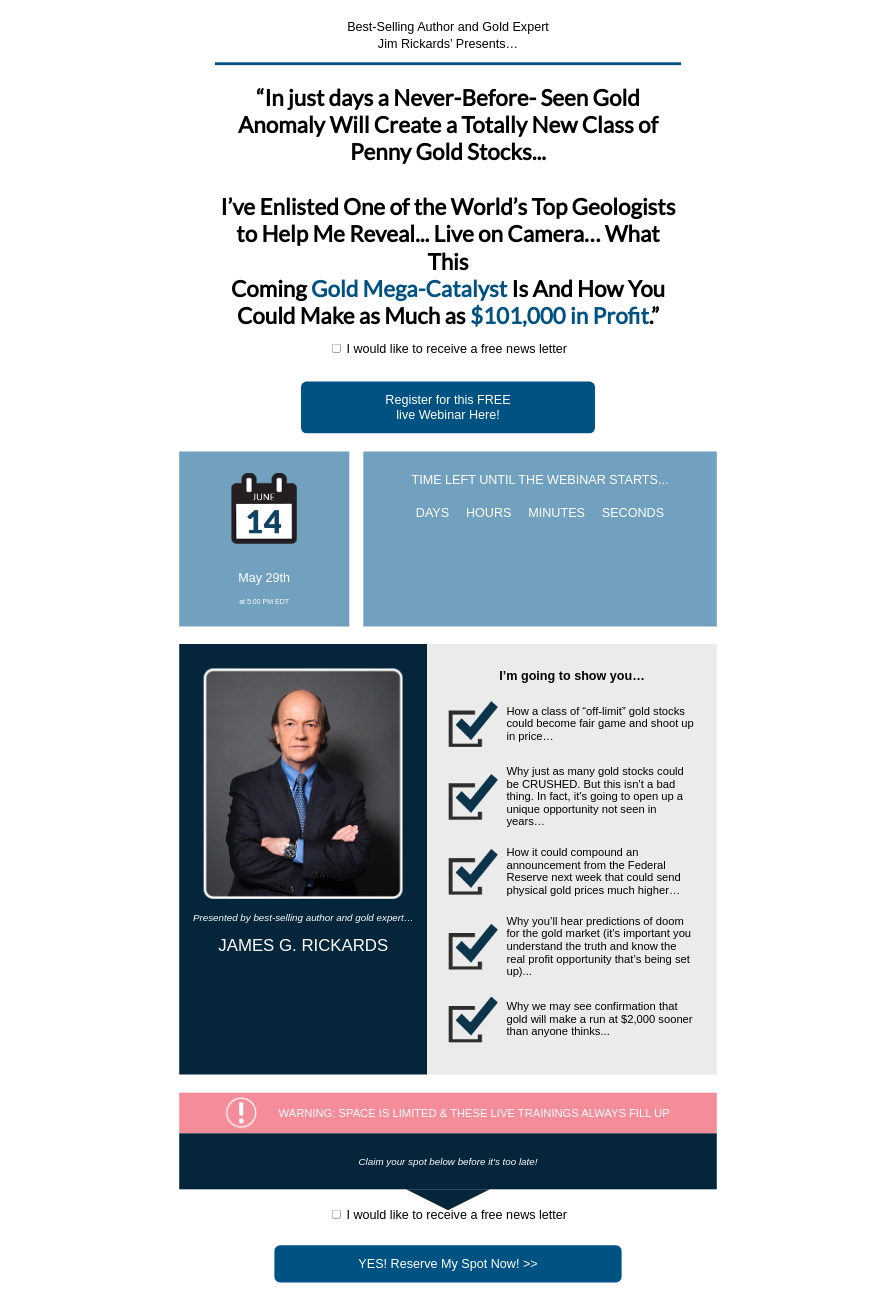
Repository: KrystellBarraza/Test
Page: index.html
The author's editor kept a copy of each file at every save. The page is drawn from the files as they stood at one save, then again after the next save.
The browser window is 1280 px wide. The pictures show the whole page, at 70% of full size.

Above is the page before, as saved 2019-10-07 13:38:56.

### index.html
<!DOCTYPE <!DOCTYPE html>
<!--[if lt IE 7]>      <html class="no-js lt-ie9 lt-ie8 lt-ie7"> <![endif]-->
<!--[if IE 7]>         <html class="no-js lt-ie9 lt-ie8"> <![endif]-->
<!--[if IE 8]>         <html class="no-js lt-ie9"> <![endif]-->
<!--[if gt IE 8]><!--> <html class="no-js"> <!--<![endif]-->
    <head>
        <meta charset="utf-8">
        <meta http-equiv="X-UA-Compatible" content="IE=edge">
        <title>Newsletter Offer</title>
        <meta name="description" content="Newsletter">
        <meta name="viewport" content="width=device-width, initial-scale=1">
        <link href="https://fonts.googleapis.com/css?family=Lato&display=swap" rel="stylesheet">
        <link rel="stylesheet" href="style.css">
    </head>
    <body>
        <div class="container-top">
            <div class="header">
                <p>Best-Selling Author and Gold Expert<br> Jim Rickards’ Presents…</p>
            </div>

            <div class="content">
                <hr style="border: 2px solid #005282">
                <br>

                <h1>“In just days a Never-Before- Seen Gold Anomaly
                    Will Create a Totally New Class of Penny Gold Stocks...
                    <br>
                    <br>
                    I’ve Enlisted One of the World’s Top Geologists
                    to Help Me Reveal... Live on Camera… What This<br>
                    Coming <span class="highlight">Gold Mega-Catalyst</span> Is And How You Could Make
                    as Much as <span class="highlight">$101,000 in Profit</span>.”
                </h1>
                <br>

                <input type="checkbox" name="signup" value="yes" id="check-top"><span style="font-size: 18px; font-family: arial, sans-serif;"> I would like to receive a free news letter</span><br>
                <br>
                <br>
                <div class="button-container">
                    <button class="button button-top"><span style="font-size: 18px; font-family: arial, sans-serif; font-weight: 500;">Register for this FREE <br>live Webinar Here!</span></button>
                </div>
            </div>
        </div>

        <div class="container-middle">
            <div class="blocks blocks-left">
                <img src="images/Calendar.png">
                <br>
                <br>
                <br>
                <p style="color: #fff; font-weight: 500;" class="date">May 29th</p>
                <br>
                <span class="time">at 5:00 PM EDT</span>
            </div>

            <div class="blocks blocks-right">
                <p style="color: #fff;" class="webinar">TIME LEFT UNTIL THE WEBINAR STARTS...</p>
                <ul>
                    <li><span id="days"></span>Days</li>
                    <li><span id="hours"></span>Hours</li>
                    <li><span id="minutes"></span>Minutes</li>
                    <li><span id="seconds"></span>Seconds</li>
                </ul>
            </div>
        </div>

        <div class="container-bottom">
            <div class="block-left">
                <img src="images/JimRickards.png">
                <br>
                <br>
                <p style="color: #fff; font-size: 14px; font-style: italic;" class="presented">Presented by best-selling author and gold expert…</p>
                <br>
                <p style="color: #fff; font-size: 24px;">JAMES G. RICKARDS</p>
            </div>

            <div class="block-right">
                <p style="text-align: center; font-weight: bold;">I’m going to show you…</p>

                <table>
                    <tr>
                        <td><img src="images/checkmark.png"></td>
                        <td><p style="font-size: 16px;">How a class of “off-limit” gold stocks could become fair game and shoot up in price…</p></td>
                    </tr>

                    <tr>
                        <td><img src="images/checkmark.png"></td>
                        <td><p style="font-size: 16px;">Why just as many gold stocks could be CRUSHED. But this isn’t a bad thing.
                        In fact, it’s going to open up a unique opportunity not seen in years…</p></td>
                    </tr>

                    <tr>
                        <td><img src="images/checkmark.png"></td>
                        <td><p style="font-size: 16px;">How it could compound an announcement from the Federal Reserve next week
                        that could send physical gold prices much higher…</p></td>
                    </tr>

                    <tr>
                        <td><img src="images/checkmark.png"></td>
                        <td><p style="font-size: 16px;">Why you’ll hear predictions of doom for the gold market (it’s important you
                        understand the truth and know the real profit opportunity that’s being set up)...</p></td>
                    </tr>

                    <tr>
                        <td><img src="images/checkmark.png"></td>
                        <td><p style="font-size: 16px;">Why we may see confirmation that gold will make a run at $2,000 sooner than
                        anyone thinks...</p></td>
                    </tr>
                </table>
            </div>

        </div>

        <div class="container-footer">
            <div class="warning">
                <img src="images/exclamation.png" class="exclamation-mark"/>
                <p style="color: #fff; font-size: 16px;" class="warning-text">WARNING: SPACE IS LIMITED & THESE LIVE TRAININGS ALWAYS FILL UP</p>
            </div>

            <div class="claim">
                <p style="color: #fff; font-size: 14px; font-style: italic;">Claim your spot below before it's too late!</p>
            </div>

            <div class="checkbox">
                <input type="checkbox" name="signup" value="yes" id="check-bottom"><span style="font-size: 18px; font-family: arial, sans-serif;"> I would like to receive a free news letter</span><br>
            </div>

            <div class="closing-button">
                <button class="button button-top"><span style="font-size: 18px; font-family: arial, sans-serif; font-weight: 500;">YES! Reserve My Spot Now! >></span></button>
            </div>

            <div class="footer">
                <br>
                <br>
            </div>
        </div>

        <script src="https://code.jquery.com/jquery-3.4.1.slim.js" integrity="sha256-BTlTdQO9/fascB1drekrDVkaKd9PkwBymMlHOiG+qLI=" crossorigin="anonymous"></script>
        <script src="app.js" async defer></script>
    </body>
</html>

### style.css
* {
    box-sizing: border-box;
}

html {
    scroll-behavior: smooth;
}

body {
    margin: 0;
    background-color: #fff;
}

p {
    font-family: arial, sans-serif;
    color: #000;
    margin: 0;
    font-size: 18px;
}

h1 {
    font-family: "Lato", sans-serif;
    margin: 0;
}

/* Container - Top */

.container-top {
    display: grid;
    grid-template-columns: repeat(12, 1fr);
    grid-template-rows: auto 1fr 1fr;
    grid-gap: 5px;
    grid-column-gap: 20px;
    padding-left: 24%;
    padding-right: 24%;
    padding-top: 2%;
    grid-template-areas:
    "h h h h h h h h h h h h"
    "c c c c c c c c c c c c"
    "c c c c c c c c c c c c"
    "c c c c c c c c c c c c"
    "c c c c c c c c c c c c"
    "c c c c c c c c c c c c"
    "c c c c c c c c c c c c";
}

.header {
    grid-area: h;
    text-align: center;
    line-height: 19pt;
}

.content {
    grid-area: c;
    text-align: center;
}

.highlight {
    color: #005282;
}

.button {
    background-color: #005282;
    border: none;
    color: #fff;
    padding-top: 16px;
    padding-bottom: 16px;
    padding-left: 120px;
    padding-right: 120px;
    border-radius: 8px;
}

.button-container {
    align-content: center;
}

@media screen and (max-width: 415px) {
    .container-top {
        display: grid;
        grid-template-columns: repeat(12, 1fr);
        grid-template-rows: auto 1fr 1fr;
        grid-gap: 5px;
        grid-column-gap: 20px;
        padding-left: 8%;
        padding-right: 8%;
        padding-top: 7%;
        grid-template-areas:
        "h h h h h h h h h h h h"
        "c c c c c c c c c c c c"
        "c c c c c c c c c c c c"
        "c c c c c c c c c c c c"
        "c c c c c c c c c c c c"
        "c c c c c c c c c c c c"
        "c c c c c c c c c c c c";
    }

    p {
        font-size: 15px;
    }

    h1 {
        font-size: 24px;
    }

    .button {
        padding-left: 40px;
        padding-right: 40px;
    }
}

/* Container - Middle */

.container-middle {
    display: grid;
    grid-template-columns: repeat(12, 1fr);
    grid-template-rows: auto 1fr 1fr;
    grid-gap: 5px;
    grid-column-gap: 20px;
    padding-left: 20%;
    padding-right: 20%;
    padding-top: 2%;
    grid-template-areas:
    "l l l l r r r r r r r r"
    "l l l l r r r r r r r r"
    "l l l l r r r r r r r r"
    "l l l l r r r r r r r r"
    "l l l l r r r r r r r r";
}

.blocks {
    background-color: #71a1be;
    color: #fff;
    padding-top: 30px;
    padding-bottom: 30px;
}

.blocks-left {
    grid-area: l;
    text-align: center;
}

.blocks-left > img {
    object-fit: contain;
    width: 40%;
}

.blocks-right {
    grid-area: r;
    text-align: center;
}

.time {
    font-size: 10px!important;
    font-family: arial, sans-serif;
}

li {
    display: inline-block;
    font-size: 18px;
    padding: 10px;
    list-style-type: none;
    text-transform: uppercase;
    font-family: arial, sans-serif;
}

ul {
    padding: 0;
}

@media screen and (max-width: 415px) {
    .container-middle {
        display: grid;
        grid-template-columns: repeat(12, 1fr);
        grid-template-rows: auto 1fr 1fr;
        grid-gap: 0;
        grid-column-gap: 20px;
        padding-left: 0%;
        padding-right: 0%;
        padding-top: 7%;
        grid-template-areas:
        "l l l l l l l l l l l l"
        "l l l l l l l l l l l l"
        "l l l l l l l l l l l l"
        "l l l l l l l l l l l l"
        "l l l l l l l l l l l l"
        "r r r r r r r r r r r r"
        "r r r r r r r r r r r r"
        "r r r r r r r r r r r r"
        "r r r r r r r r r r r r"
        "r r r r r r r r r r r r";
    }

    p {
        font-size: 20px;
    }

    .time {
        font-size: 16px!important;
    }

    .webinar {
        padding-left: 20px;
        padding-right: 20px;
        font-weight: 600;
        font-size: 24px;
    }

    .date {
        font-weight: 900;
        font-size: 26px;
    }
}

/* Container - Bottom */

.container-bottom {
    display: grid;
    grid-template-columns: repeat(13, 1fr);
    grid-template-rows: auto 1fr 1fr;
    grid-gap: 5px;
    grid-column-gap: 0px;
    padding-left: 20%;
    padding-right: 20%;
    padding-top: 2%;
    grid-template-areas:
    "b b b b b b g g g g g g g"
    "b b b b b b g g g g g g g"
    "b b b b b b g g g g g g g"
    "b b b b b b g g g g g g g"
    "b b b b b b g g g g g g g";
}

.block-left {
    grid-area: b;
    background-color: #05263a;
    text-align: center;
    padding-top: 35px;
    padding-bottom: 35px;
}

.block-left > img {
    object-fit: contain;
    width: 80%;
}

.block-right {
    grid-area: g;
    background-color: #ebebeb;
    color: #000;
    padding-top: 35px;
    padding-bottom: 35px;
    padding-left: 20px;
    padding-right: 20px;
}

td {
    padding-top: 15px;
}

table {
    border-spacing: 10px 10px;
}

@media screen and (max-width: 414px) {
    .container-bottom {
        display: grid;
        grid-template-columns: repeat(8, 1fr);
        grid-template-rows: auto 1fr 1fr;
        grid-gap: 0;
        grid-column-gap: 20px;
        padding: 0;
        grid-template-areas:
        "b b b b b b b b"
        "b b b b b b b b"
        "b b b b b b b b"
        "b b b b b b b b"
        "b b b b b b b b"
        "g g g g g g g g"
        "g g g g g g g g"
        "g g g g g g g g"
        "g g g g g g g g"
        "g g g g g g g g";
    }

    .presented {
        padding-left: 5px;
        padding-right: 5px;
    }
}

/* Container - Footer */

.container-footer {
    display: grid;
    grid-template-columns: repeat(12, 1fr);
    grid-template-rows: auto 1fr 1fr;
    grid-column-gap: 20px;
    padding-left: 20%;
    padding-right: 20%;
    padding-top: 2%;
    grid-template-areas:
    "p p p p p p p p p p p p"
    "n n n n n n n n n n n n"
    "w w w w w w w w w w w w"
    "s s s s s s s s s s s s"
    "f f f f f f f f f f f f";
}

.warning {
    grid-area: p;
    background-color: #f58c99;
    text-align: center;
    align-content: center;
    padding-left: 60px;
    padding-right: 60px;
    display: flex;
}

.exclamation-mark {
    width: 45px;
    height: 45px;
    margin: 6px;
}

.warning-text {
    padding-top: 20px;
    padding-left: 25px;
    padding-bottom: 20px;
}

.claim {
    grid-area: n;
    background-color: #05263a;
    text-align: center;
    padding-top: 32px;
    padding-bottom: 32px;
    position: relative;
}

.claim::after {
    content:'';
    position: absolute;
    top: 100%;
    left: 0;
    right: 0;
    margin: 0 auto;
    width: 0;
    height: 0;
    border-top: solid 30px #05263a;
    border-left: solid 60px transparent;
    border-right: solid 60px transparent;
}

.checkbox {
    grid-area: w;
    text-align: center;
    padding-top: 26px;
    padding-bottom: 26px;
}

.closing-button {
    grid-area: s;
    text-align: center;
}

.footer {
    grid-area: f;
}

@media screen and (max-width: 414px) {
    .container-footer {
        display: grid;
        grid-template-columns: repeat(12, 1fr);
        grid-template-rows: auto 1fr 1fr;
        grid-column-gap: 20px;
        padding: 0;
        grid-template-areas:
        "p p p p p p p p p p p p"
        "n n n n n n n n n n n n"
        "w w w w w w w w w w w w"
        "s s s s s s s s s s s s"
        "f f f f f f f f f f f f"
        "f f f f f f f f f f f f"
        "f f f f f f f f f f f f";
    }

    .exclamation-mark {
        display: none;
    }

    .warning {
        padding-left: 20px;
        padding-right: 20px;
    }

    .warning-text {
        padding-left: 0;
    }
}

### app.js
// 1. Checkbox listens to mouse event change (e), causes other checkbox to set to same state.
$("#check-top").on("change", function(e){
    $("#check-bottom").prop("checked", this.checked).checkboxradio("refresh");
});

$("#check-bottom").on("change", function(e){
   $("#check-top").prop("checked", this.checked).checkboxradio("refresh");
});

// 2.

After the next save:
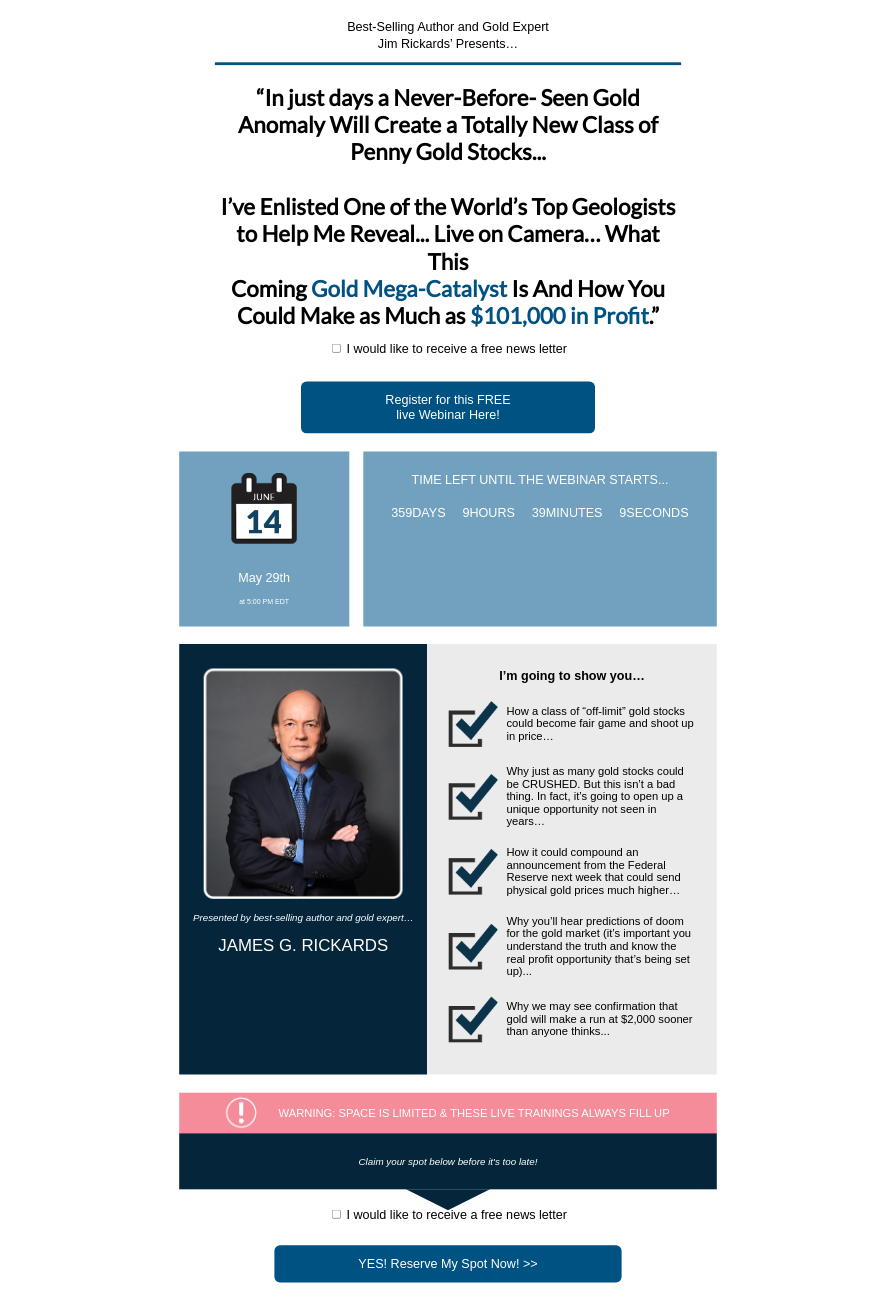
Saved 114 s later.
--- a/app.js
+++ b/app.js
@@ -8,3 +8,21 @@
 });
 
 // 2.
+
+const second = 1000,
+      minute = second * 60,
+      hour = minute * 60,
+      day = hour * 24;
+
+let countDown = new Date('Sep 30, 2020 00:00:00').getTime(),
+    x = setInterval(function() {
+
+      let now = new Date().getTime(),
+          distance = countDown - now;
+
+        document.getElementById('days').innerText = Math.floor(distance / (day)),
+        document.getElementById('hours').innerText = Math.floor((distance % (day)) / (hour)),
+        document.getElementById('minutes').innerText = Math.floor((distance % (hour)) / (minute)),
+        document.getElementById('seconds').innerText = Math.floor((distance % (minute)) / second);
+
+    }, second)
